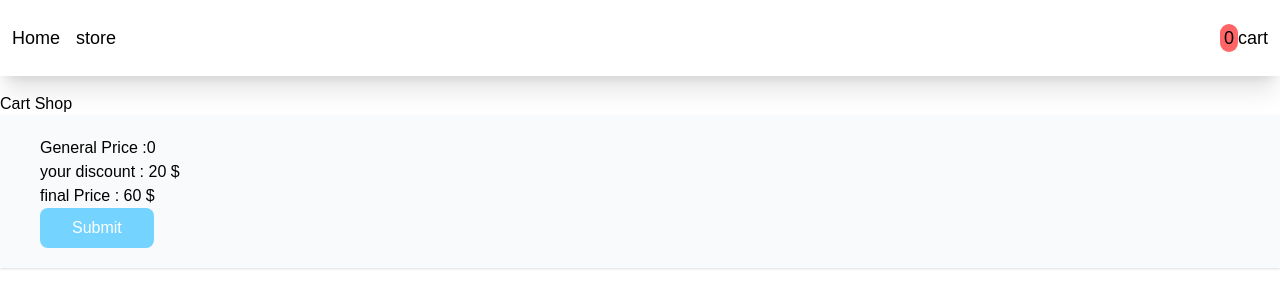
Repository: Rohullah-Noori/Nextjs-online-shop
Page: /cart
The author's editor kept a copy of each file at every save. The page is drawn from the files as they stood at one save, then again after the next save.
The browser window is 1280 px wide. The pictures show the whole page.
The project was rebuilt for these pictures with package versions that can differ from the ones it lists, and the page was loaded fresh each time. The framework's server and built-in components were replaced by stand-ins that run in the browser. Requests to the local data server were answered from the project's data file. Also part of the build but not shown: next.config.ts, src/app/components/AddToCart.tsx, src/app/components/CartItem.tsx.

Above is the page before, as saved 2025-05-13 16:31:25.

After the next save:
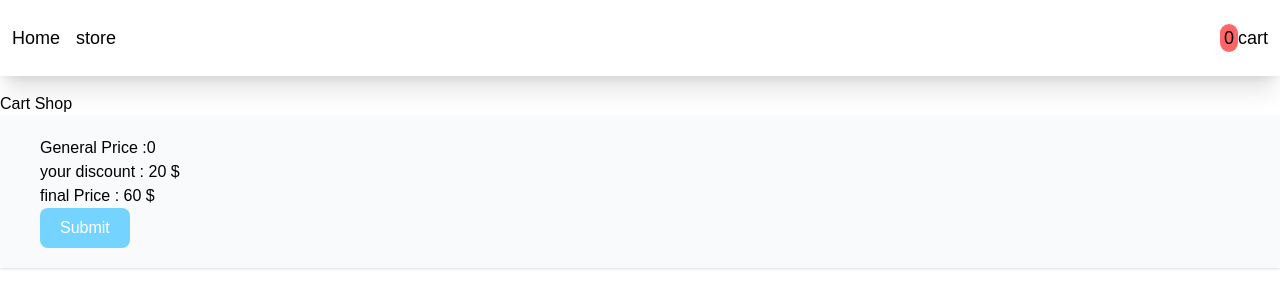
Saved 21 s later.
--- a/src/app/cart/page.tsx
+++ b/src/app/cart/page.tsx
@@ -50,7 +50,7 @@ export default function Cart() {
           final Price : <span>60 $</span>
         </p>
         <div className=" flex justify-start gap-x-3">
-          <button className=" px-8 py-2 rounded-lg bg-sky-300 text-white">
+          <button className=" px-5 py-2 rounded-lg bg-sky-300 text-white">
             Submit
           </button>
           {/* <input
